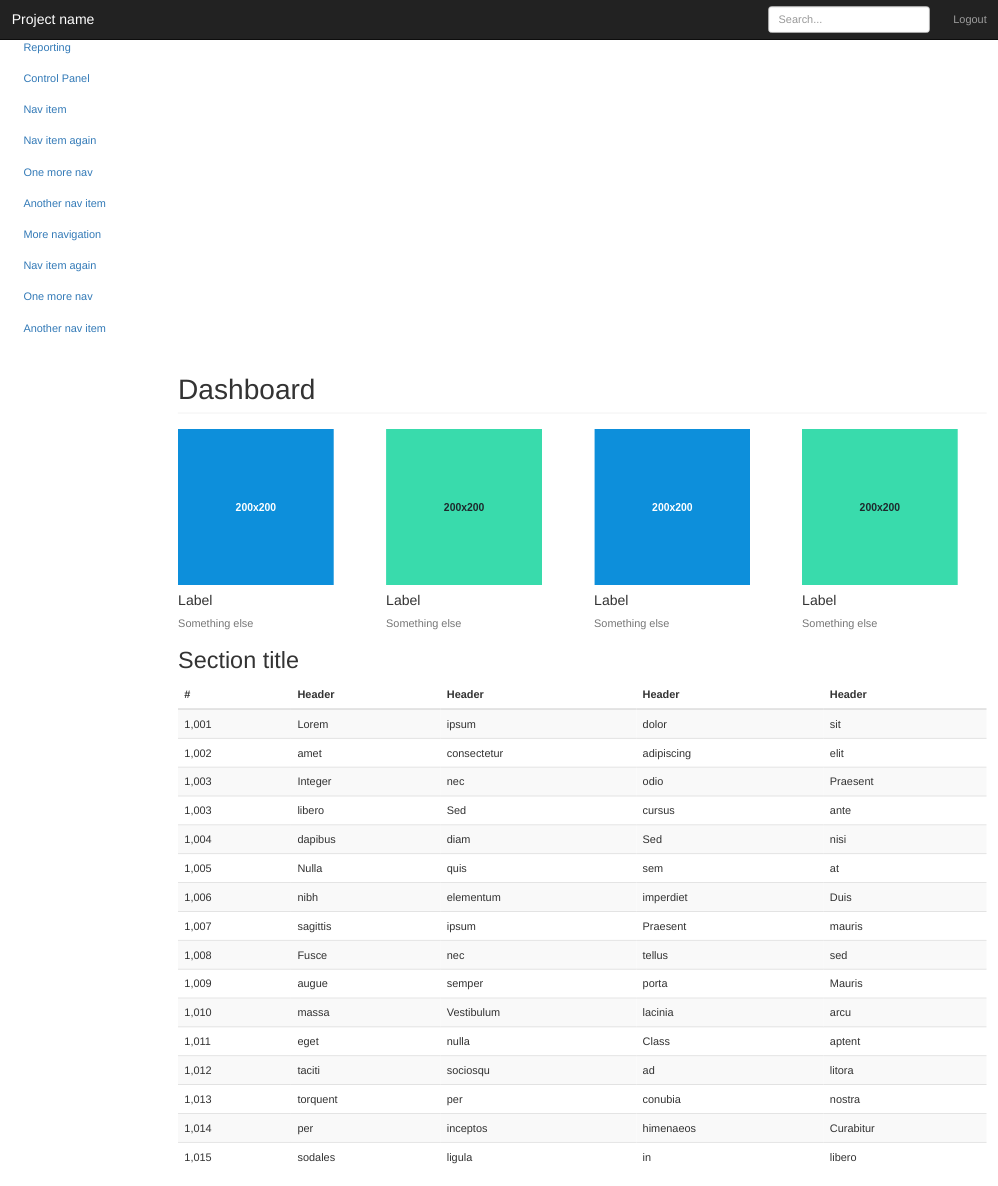
Repository: BarloworldTransport/MAXSelenium
Page: http://localhost/classes/dashboard.php
The author's editor kept a copy of each file at every save. The page is drawn from the files as they stood at one save, then again after the next save.
The browser window is 1280 px wide. The pictures show the whole page, at 78% of full size.
Some web libraries are served in a nearby version. The page is run by PHP 8.4 with error messages shown; the project is at /var/www/html/.

Above is the page before, as saved 2015-01-06 20:32:35.
Console error (its wording comes from the project's code and is left out).
Not found: public_html/subsite/classes/dashboard.css

After the next save:
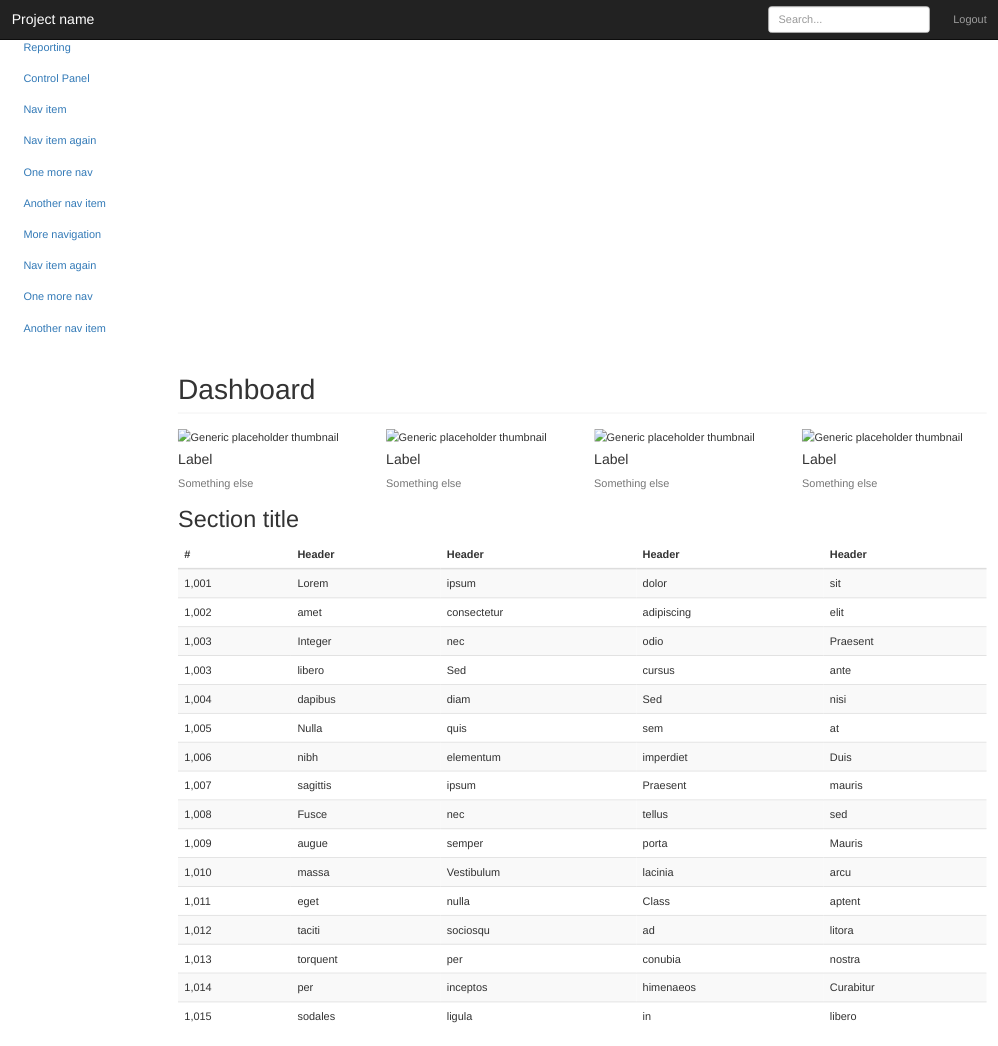
The error is gone.
Not found: public_html/subsite/dist/js/docs.min.js
Saved 66 s later.
--- a/public_html/subsite/classes/dashboard.php
+++ b/public_html/subsite/classes/dashboard.php
@@ -235,7 +235,7 @@
     <!-- Placed at the end of the document so the pages load faster -->
     <script src="https://ajax.googleapis.com/ajax/libs/jquery/1.11.1/jquery.min.js"></script>
     <script src="../../dist/js/bootstrap.min.js"></script>
-    <script src="../../assets/js/docs.min.js"></script>
+    <script src="../../dist/js/docs.min.js"></script>
     <!-- IE10 viewport hack for Surface/desktop Windows 8 bug -->
     <script src="../../assets/js/ie10-viewport-bug-workaround.js"></script>
   </body>
